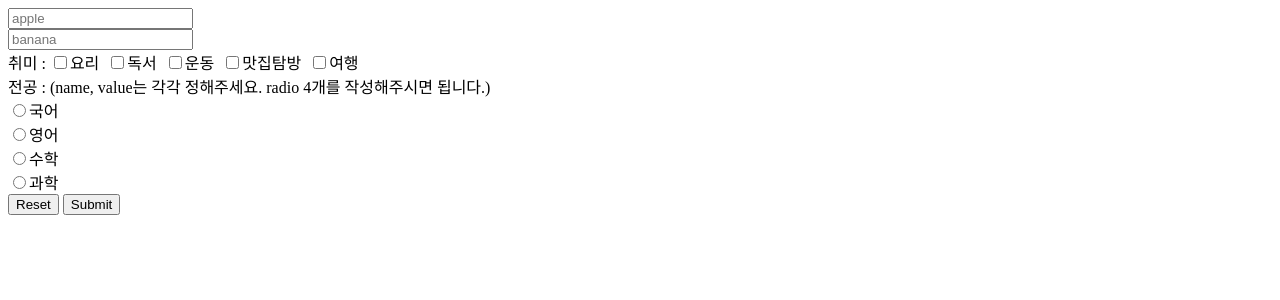
Repository: eun-chongzzz/jsp_practice
Page: http://localhost/JSPBasic/jspObject/1.requests/req_param_send.jsp
An editor plug-in stored every save of this project. The page is shown before and after the next save, followed by the edit.
The browser window is 1280 px wide. The pictures show the whole page.
The page is served by Tomcat 9.

Above is the page before, as saved 2022-02-07 01:11:22.

### JSPBasic/src/main/webapp/jspObject/1.requests/req_param_send.jsp
<%@ page language="java" contentType="text/html; charset=UTF-8"
    pageEncoding="UTF-8"%>
<!DOCTYPE html>
<html>
<head>
<meta charset="UTF-8">
<title>Insert title here</title>
</head>
<body>
<%-- 아래에 form을 만들고 내부에 input 4개를 만들어주세요.
input태그의 type속성은 하나는 text, 하나는 password
name속성은 하나는 apple, 하나는 banana로 해주세요.
reset버튼과 submit 버튼도 각각 하나씩 만들어주세요.

form의 action이 바로 목적지를 적는 부분임.
웹개발에서는 받을 페이지 화면의 주소를 적어줍니다. --%>

	<form action="req_param_getpost.jsp" method="get">
		<input type="text" name="apple" placeholder="apple"/><br/>
		<input type="text" name="banana" placeholder="banana"/><br/>

		취미 :
		<input type="checkbox" name="hobby" value="요리">요리&nbsp;
		<input type="checkbox" name="hobby" value="독서">독서&nbsp;
		<input type="checkbox" name="hobby" value="운동">운동&nbsp;
		<input type="checkbox" name="hobby" value="맛집탐방">맛집탐방&nbsp;
		<input type="checkbox" name="hobby" value="여행">여행&nbsp;<br>

		전공 : (name, value는 각각 정해주세요. radio 4개를 작성해주시면 됩니다.)<br>
		<input type="radio" name="major" value="국어">국어&nbsp;<br>
		<input type="radio" name="major" value="영어">영어&nbsp;<br>
		<input type="radio" name="major" value="수학">수학&nbsp;<br>
		<input type="radio" name="major" value="과학">과학&nbsp;<br>



		<input type="reset"/>
		<input type="submit"/>
	</form>
</body>
</html>

After the next save:
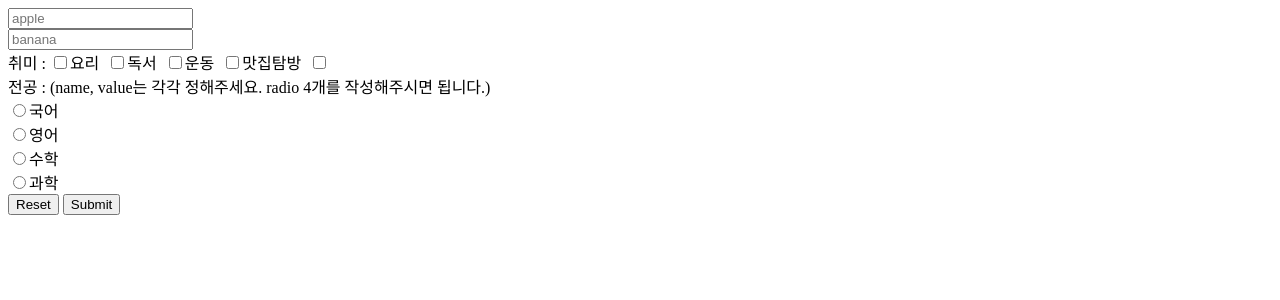
Saved 119 s later.
--- a/JSPBasic/src/main/webapp/jspObject/1.requests/req_param_send.jsp
+++ b/JSPBasic/src/main/webapp/jspObject/1.requests/req_param_send.jsp
@@ -24,7 +24,7 @@ form의 action이 바로 목적지를 적는 부분임.
 		<input type="checkbox" name="hobby" value="독서">독서&nbsp;
 		<input type="checkbox" name="hobby" value="운동">운동&nbsp;
 		<input type="checkbox" name="hobby" value="맛집탐방">맛집탐방&nbsp;
-		<input type="checkbox" name="hobby" value="여행">여행&nbsp;<br>
+		<input type="checkbox" name="hobby" value="여행">&nbsp;<br>
 
 		전공 : (name, value는 각각 정해주세요. radio 4개를 작성해주시면 됩니다.)<br>
 		<input type="radio" name="major" value="국어">국어&nbsp;<br>
